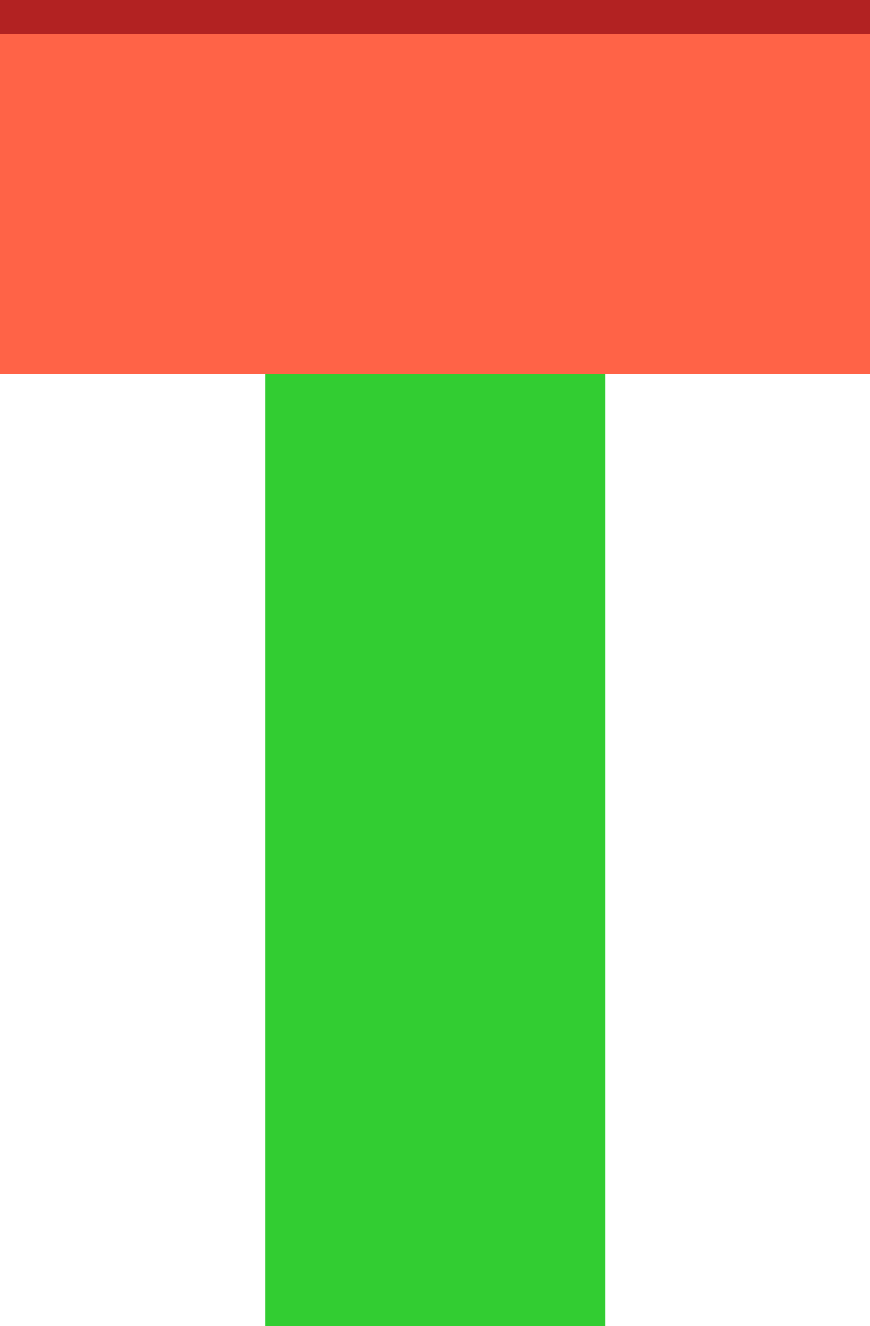
Repository: yuu2310/dmm-webcamp
Page: chapter4_exercise/index.html
The author's editor kept a record of every edit. The page is drawn from the files as they stood at one moment, then again after the next edit.
The browser window is 1280 px wide. The pictures show the whole page, at 68% of full size.

Above is the page before.

After the next edit:
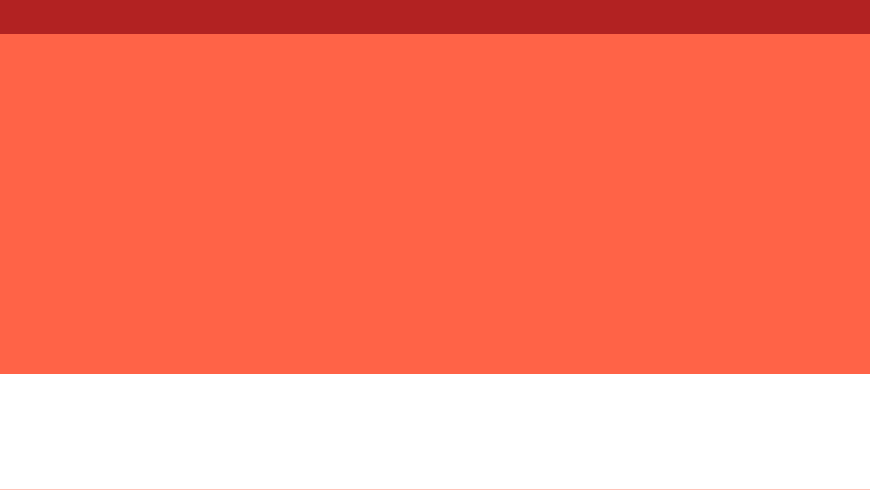
The edit:
--- a/chapter4_exercise/style.css
+++ b/chapter4_exercise/style.css
@@ -25,7 +25,6 @@
 
 .blog {
   width: 500px;
-  height: 1400px;
   background-color: #32CD32;
 }
 
